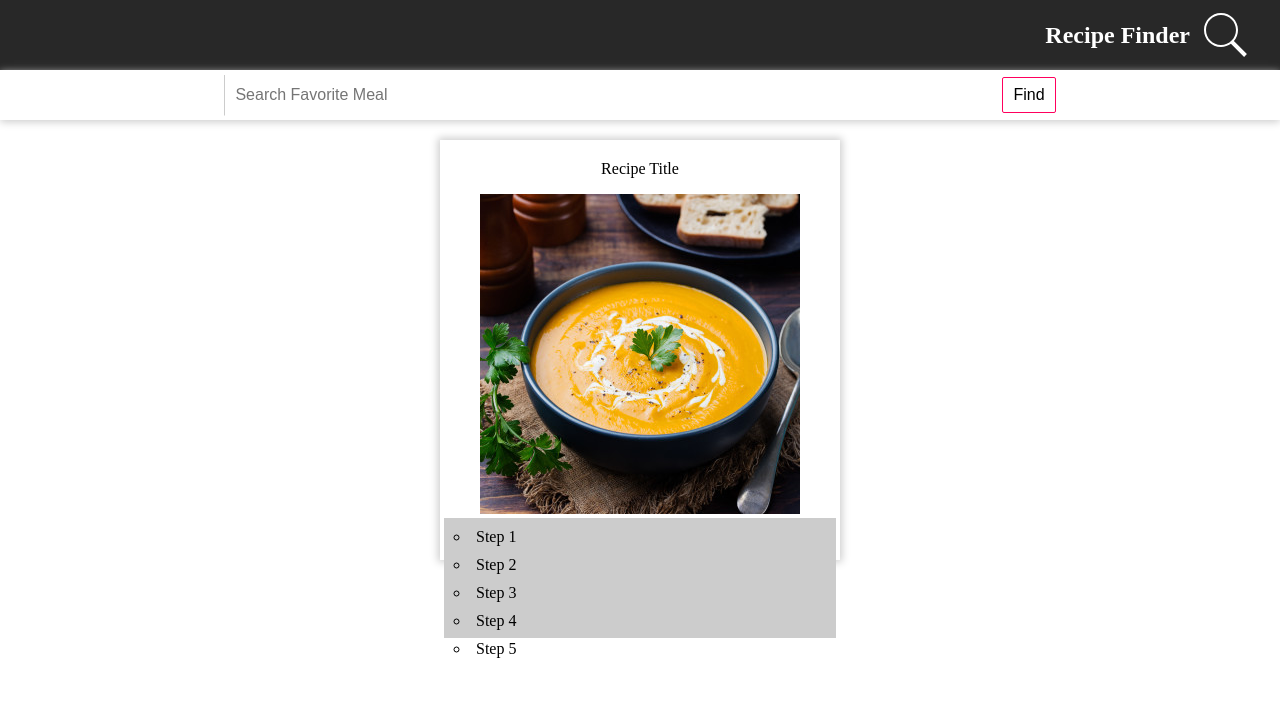
Repository: burntaftermint/recipes
Page: index.html
The author's editor kept a copy of each file at every save. The page is drawn from the files as they stood at one save, then again after the next save.
The browser window is 1280 px wide. The pictures show the whole page.
The pointer rests on the first visible `.recipe`.

Above is the page before, as saved 2023-11-06 05:00:25.

### index.html
<!DOCTYPE html>
<html lang="en">
<head>
    <meta charset="UTF-8">
    <meta name="viewport" content="width=device-width, initial-scale=1.0">
    <title>Recipe Finder</title>
</head>
<body>
    <header>
        <h2>Recipe Finder</h2>
        <link rel="stylesheet" href="style.css">
        <img src="images/search.svg" alt="Search">
    </header>
    <section class="container">
        <div class="search">
            <input type="text" placeholder="Search Favorite Meal" autofocus>
            <button class="btn">Find</button>
        </div>
        <div id="recipe-container">
            <div class="recipe">
                <div class="recipe-title">Recipe Title</div>
                <div class="recipe-imge">
                    <img src="images/recipe.jpeg" alt="Recipe">
                </div>


        <div class="recipe-text">
            <ul>
                <li>Step 1</li>
                <li>Step 2</li>
                <li>Step 3</li>
                <li>Step 4</li>
                <li>Step 5</li>
            </ul>
        </div>
    </div>
</div>
    </section>
</body>
</html>

### style.css
:root {
    --light-color: #fff;
    --dark-color: #282828;
    --header-height: 70px;
    --search-height: 50px;
    --border-color: #ccc;
}
* {
    margin: 0;
    padding: 0;
    box-sizing: border-box;
}

body {
    height: 100vh;
    width: 100vw;
    background: var(--light-color);
}

.container {
    text-align: center;
    height: calc(100vh - var(--header-height));
}

header {
    height: var(--header-height);
    background: var(--dark-color);
    display: flex;
    align-items: center;
    justify-content: flex-end;
    color: var(--light-color);
    gap: 10px;
    padding-right: 30px;
}

header img {
    filter: invert(1);
}

.search {
    display: flex;
    justify-content: center;
    align-items: center;
    height: var(--search-height);
    gap: 10px;
    box-shadow: 0px 2px 8px 0px var(--border-color);
}

.search input[type="text"] {
    padding: 8px 10px;
    line-height: 1.5;
    font-size: 1rem;
    border: none;
    border-left: 1px solid var(--border-color);
    border-bottom: 1px solid transparent;
    outline: none;
    transition: all 200ms ease-in-out;
    width: 60%;

}

.search input[type="text"] :focus {
    border-left-color: transparent;
    border-bottom-color: var(--border-color);
    width: 61%;
}

.btn {
    padding: 8px 10px;
    background: transparent;
    border-radius: 2px;
    user-select: none;
    font-size: 1rem;
    border: 1px solid #ff005d;
    cursor: pointer;
}

.btn:hover {
    background: #ff005d;
    border-color: var(--light-color);
}

#recipe-container {
    display: flex;
    justify-content: center;
    align-items: flex-start;
}

.recipe {
    height: 400px;
    width: 400px;
    padding: 4px;
    box-shadow: 0px 0px 8px 2px var(--border-color);
    margin: 20px;
}

.recipe-title {
    height: 50px;
    display: flex;
    align-items: center;
    justify-content: center;
    font-size: 1rem;
}

.recipe-image {
    height: 210px;
}

.recipe-image img {
    height: 100%;
    width: 100%;
}

.recipe-text {
    height: 0px;
    visibility: hidden;
    opacity: 0;
    transition: all 200ms ease-in-out;
    background: #ccc;
}

.recipe-text ul {
    list-style-type: circle;
    list-style-position: inside;
    text-align: left;
    padding: 5px;
}

.recipe-text ul > li {
    padding: 5px;
}

.recipe:hover .recipe-text {
    height: 120px;
    visibility: visible;
    opacity: 1;
}

.recipe:hover{
    height: 420px;
}

After the next save:
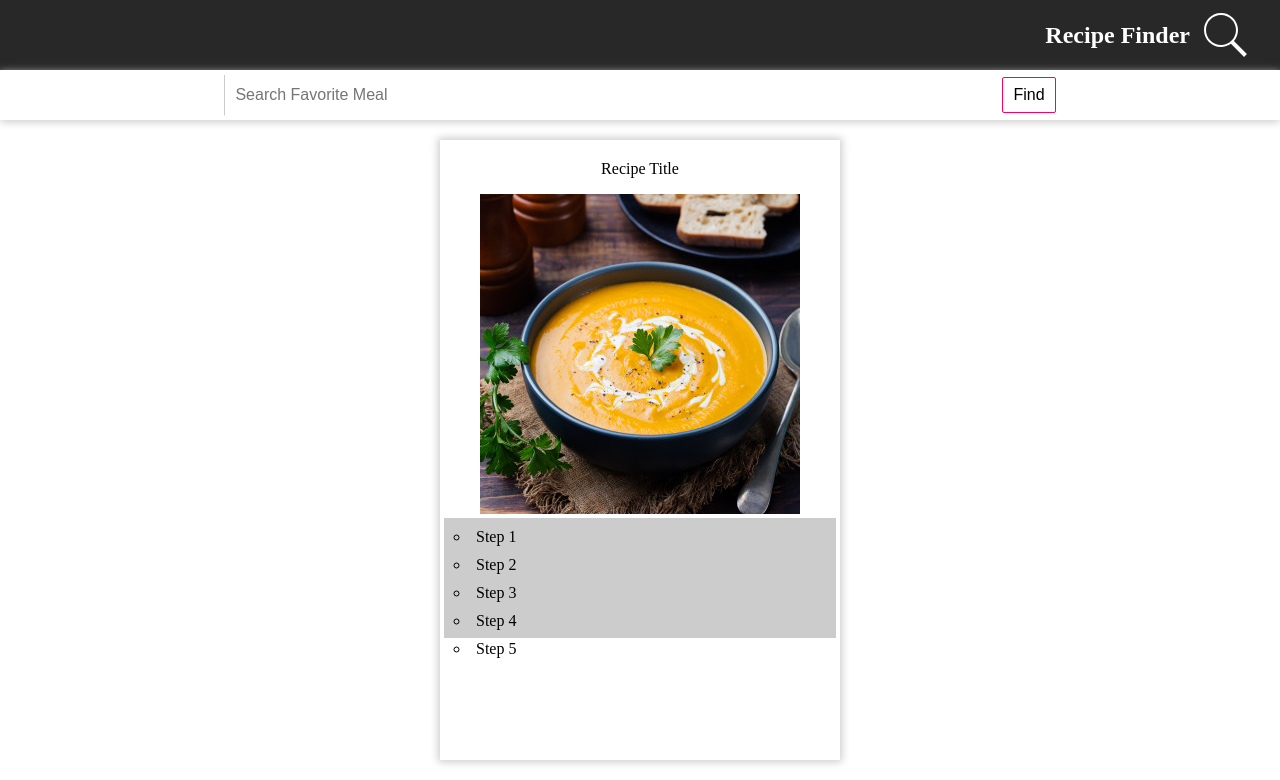
Saved 15 s later.
--- a/style.css
+++ b/style.css
@@ -137,5 +137,5 @@ header img {
 }
 
 .recipe:hover{
-    height: 420px;
+    height: 620px;
 }
